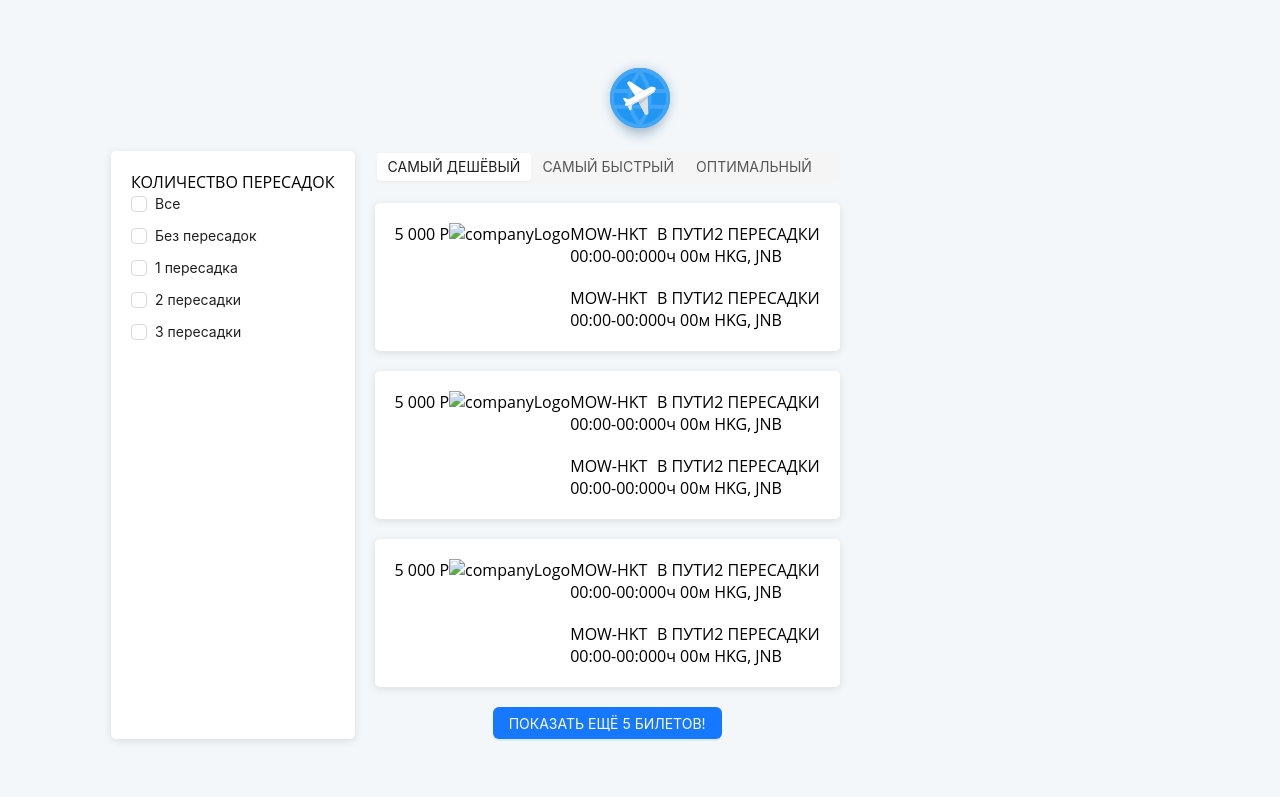
Repository: Dedoxa/aviasalesTickets
Page: /
The author's editor kept a copy of each file at every save. The page is drawn from the files as they stood at one save, then again after the next save.
The browser window is 1280 px wide. The pictures show the whole page.
The project was rebuilt for these pictures with package versions that can differ from the ones it lists, and the page was loaded fresh each time. Also part of the build but not shown: vite.config.js.

Above is the page before, as saved 2024-10-19 17:02:39.

After the next save:
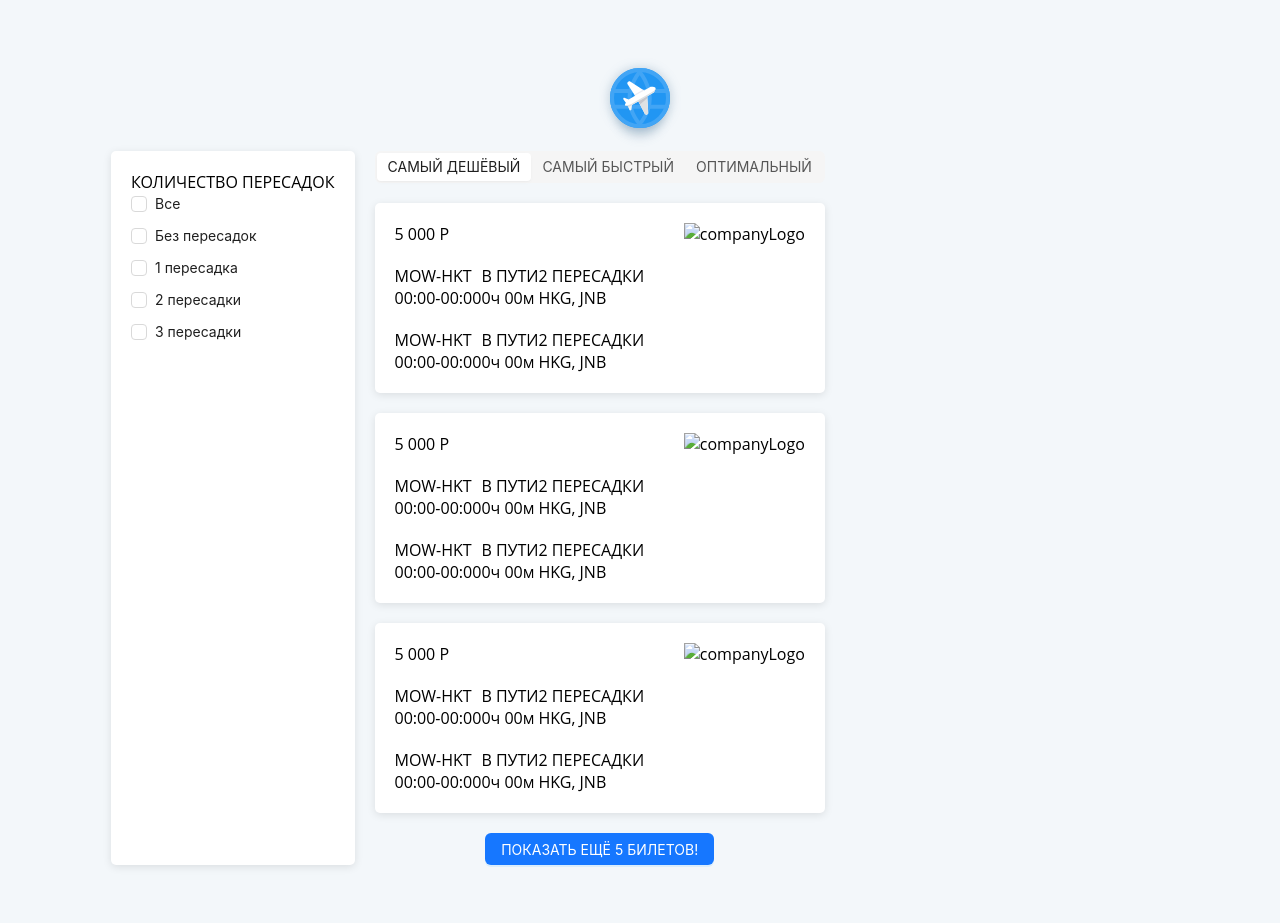
Saved 24 s later.
--- a/src/TicketCard/TicketCard.jsx
+++ b/src/TicketCard/TicketCard.jsx
@@ -4,7 +4,7 @@ import classes from './TicketCard.module.scss';
 
 const TicketCard = () => {
   return (
-    <div className={contentBox} style={{display: 'flex', }}>
+    <div className={contentBox} style={{display: 'flex', flexDirection: 'column', gap: '20px'}}>
       <div className={classes.mainTicketInfo}>
         <span>5 000 Р</span>
         <img src="" alt="companyLogo"></img>
